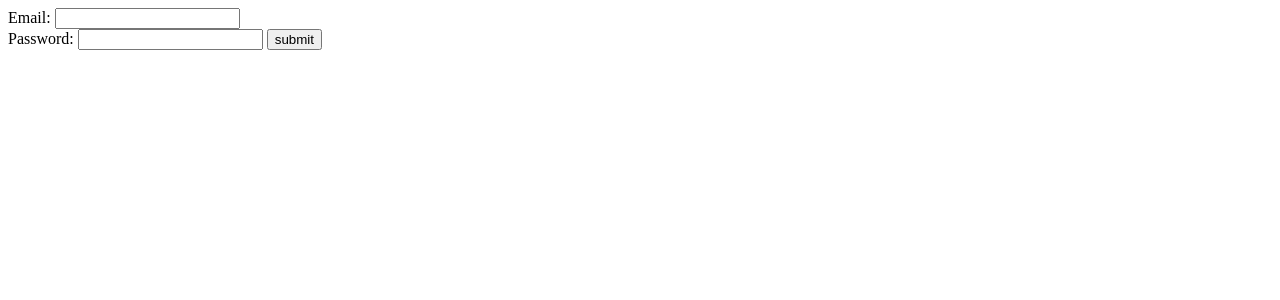
Repository: ghanshyam-jaiswal/Java-Notes
Page: JEE/Servlet_AdvanceJava/formExample/src/main/webapp/form.html
An editor plug-in stored every save of this project. The page is shown before and after the next save, followed by the edit.
The browser window is 1280 px wide. The pictures show the whole page.

Above is the page before, as saved 2024-02-26 08:21:58.

After the next save:
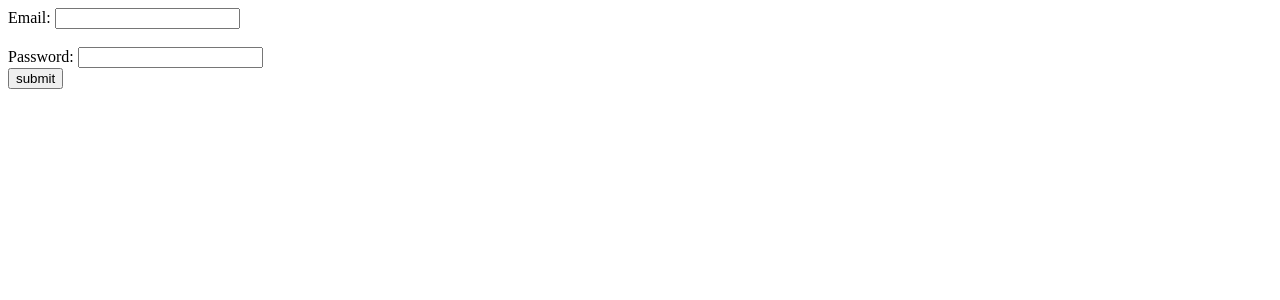
Saved 30 s later.
--- a/JEE/Servlet_AdvanceJava/formExample/src/main/webapp/form.html
+++ b/JEE/Servlet_AdvanceJava/formExample/src/main/webapp/form.html
@@ -10,9 +10,10 @@
 
 		<label for="e">Email:</label>
 		<input type="email" id="e" name="email">
-		<br>
+		<br><br>
 		<label for="p">Password:</label>
 		<input type="password" id="p" name="password">
+		<br>
 		<button type="submit">submit</button>
 	</form>
 
